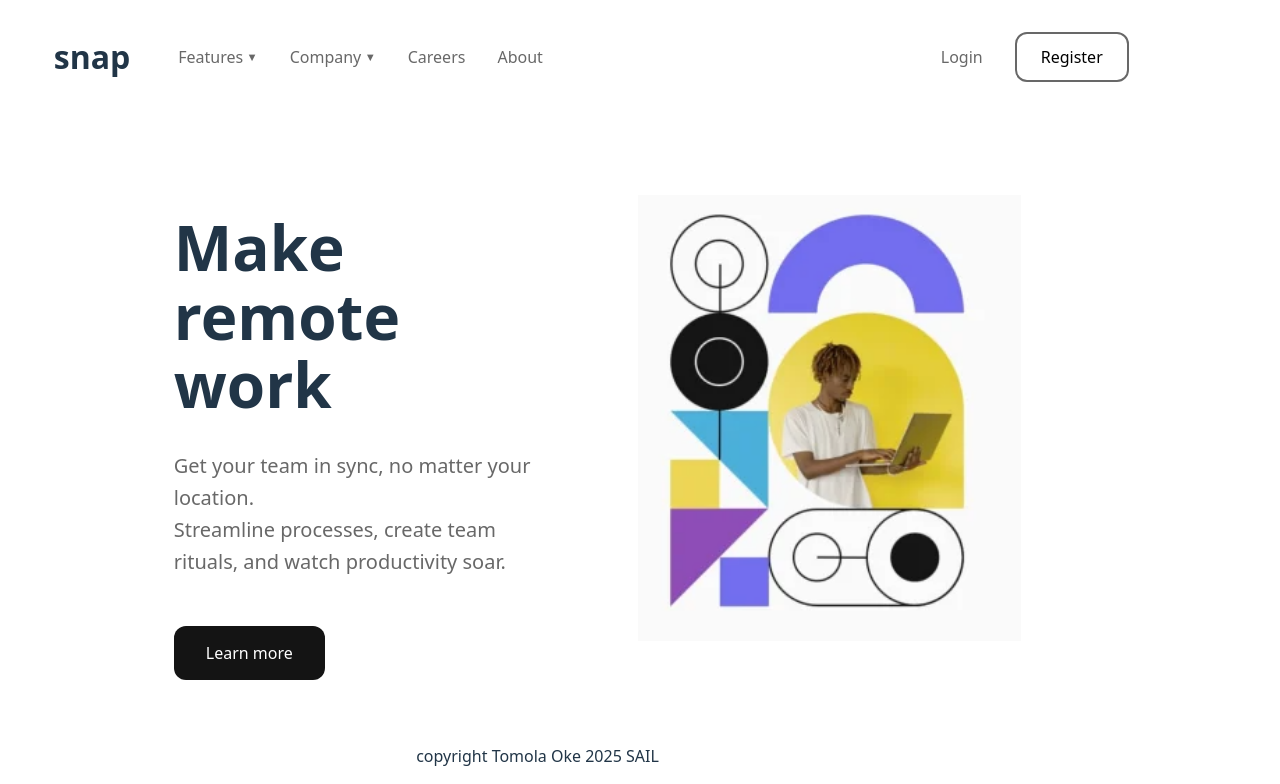
Repository: tomolaoke/SNAP
Page: /
An editor plug-in stored every save of this project. The page is shown before and after the next save, followed by the edit.
The browser window is 1280 px wide. The pictures show the whole page.
The project was rebuilt for these pictures with package versions that can differ from the ones it lists, and the page was loaded fresh each time. Also part of the build but not shown: vite.config.js, src/components/footer/Footer.css.

Above is the page before, as saved 2025-06-21 22:02:46.

### src/App.jsx
import './App.css';
import Header from './components/header/Header';
import Hero from './components/hero/Hero';
import Footer from './components/footer/Footer';

const App = () => {
  return (
    <div className="app">
      <Header />
      <Hero />
      <Footer />
    </div>
  );
};

export default App;

### src/App.css
.app {
  min-height: 100vh;
  display: flex;
  flex-direction: column;
  align-items: center; /* Center all children horizontally */
  justify-content: center; /* Center all children vertically */
}

/* Add any global styles here */

### src/components/header/Header.jsx
import './Header.css';
import HeaderNav1 from '../../block/headerblock/HeaderNav1';
import HeaderNav2 from '../../block/headerblock/HeaderNav2';

const Header = () => {
  return (
    <header className="header">
      <HeaderNav1 />
      <HeaderNav2 />
    </header>
  );
};

export default Header;

### src/components/hero/Hero.jsx
import './Hero.css';
import HeroText from '../../block/heroblock/HeroText';
import HeroImage from '../../block/heroblock/HeroImage';

const Hero = () => {
  return (
    <section className="hero">
      <HeroText />
      <HeroImage />
    </section>
  );
};

export default Hero;

### src/components/footer/Footer.jsx
import './Footer.css';

const Footer = () => {
  return (
    <footer className="footer">
      <p>copyright Tomola Oke 2025 SAIL</p>
    </footer>
  );
};

export default Footer;

### src/components/header/Header.css
.header {
  display: flex;
  justify-content: space-between;
  align-items: center;
  padding: 2rem 5%;
  max-width: 1440px;
  margin: 0 auto;
  width: 100%;
}

### src/block/headerblock/HeaderNav1.jsx
import './HeaderNav.css';

const HeaderNav1 = () => {
  return (
    <div className="header-nav-1">
      <div className="logo">snap</div>
      <nav className="nav-links">
        <a href="#">Features <span className="dropdown-icon">▼</span></a>
        <a href="#">Company <span className="dropdown-icon">▼</span></a>
        <a href="#">Careers</a>
        <a href="#">About</a>
      </nav>
    </div>
  );
};

export default HeaderNav1;

### src/block/headerblock/HeaderNav2.jsx
import './HeaderNav.css';

const HeaderNav2 = () => {
  return (
    <div className="header-nav-2">
      <a href="#" className="login-btn">Login</a>
      <button className="register-btn">Register</button>
    </div>
  );
};

export default HeaderNav2;

### src/components/hero/Hero.css
.hero {
  margin-left: 120px;
}

### src/block/heroblock/HeroText.jsx
import './HeroBlock.css';

const HeroText = () => {
  return (
    <div className="hero-text">
      <h1>Make remote work</h1>
      <p>
        Get your team in sync, no matter your location.<br />
        Streamline processes, create team rituals, and watch productivity soar.
      </p>
      <button className="cta-button">Learn more</button>
    </div>
  );
};

export default HeroText; // Fixed export

### src/block/heroblock/HeroImage.jsx
import './HeroBlock.css';
import heroImage from '../../../src/assets/SNAP.png';

const HeroImage = () => {
  return (
    <div className="hero-image">
      <img src={heroImage} alt="Team collaborating remotely" />
    </div>
  );
};

export default HeroImage; // Fixed export

### src/block/headerblock/HeaderNav.css
.header-nav-1 {
  display: flex;
  align-items: center;
  gap: 3rem;
}

.logo {
  font-size: 2rem;
  font-weight: 700;
}

.nav-links {
  display: flex;
  gap: 2rem;
}

.nav-links a {
  text-decoration: none;
  color: #686868;
  font-weight: 500;
  display: flex;
  align-items: center;
}

.dropdown-icon {
  font-size: 0.7em;
  margin-left: 0.3em;
}

.header-nav-2 {
  display: flex;
  align-items: center;
  gap: 2rem;
}

.login-btn {
  text-decoration: none;
  color: #686868;
  font-weight: 500;
}

.register-btn {
  padding: 0.75rem 1.5rem;
  border: 2px solid #686868;
  background: transparent;
  border-radius: 12px;
  font-weight: 500;
  cursor: pointer;
}

### src/block/heroblock/HeroBlock.css
.hero {
  display: flex;
  align-items: center;
  gap: 5rem;
  padding: 3rem 5%;
}

.hero-text {
  flex: 1;
  max-width: 600px;
}

.hero-text h1 {
  font-size:62px;
  line-height: 1.1;
  margin-bottom: 2rem;
}

.hero-text p {
  font-size: 20px;
  line-height: 1.6;
  color: #686868;
  margin-bottom: 3rem;
}

.cta-button {
  padding: 1rem 2rem;
  background-color: #141414;
  color: white;
  border: none;
  border-radius: 12px;
  font-size: 1rem;
  font-weight: 500;
  cursor: pointer;
}

.hero-image {
  flex: 1;
}

.hero-image img {
  width: 100%;
  max-width: 600px;
  height: auto;
}

Loaded but not shown: index.html (common file); src/main.jsx (common file); src/index.css (common file); src/components/footer/Footer.css (no copy from this time; the picture is the same without it)

After the next save:
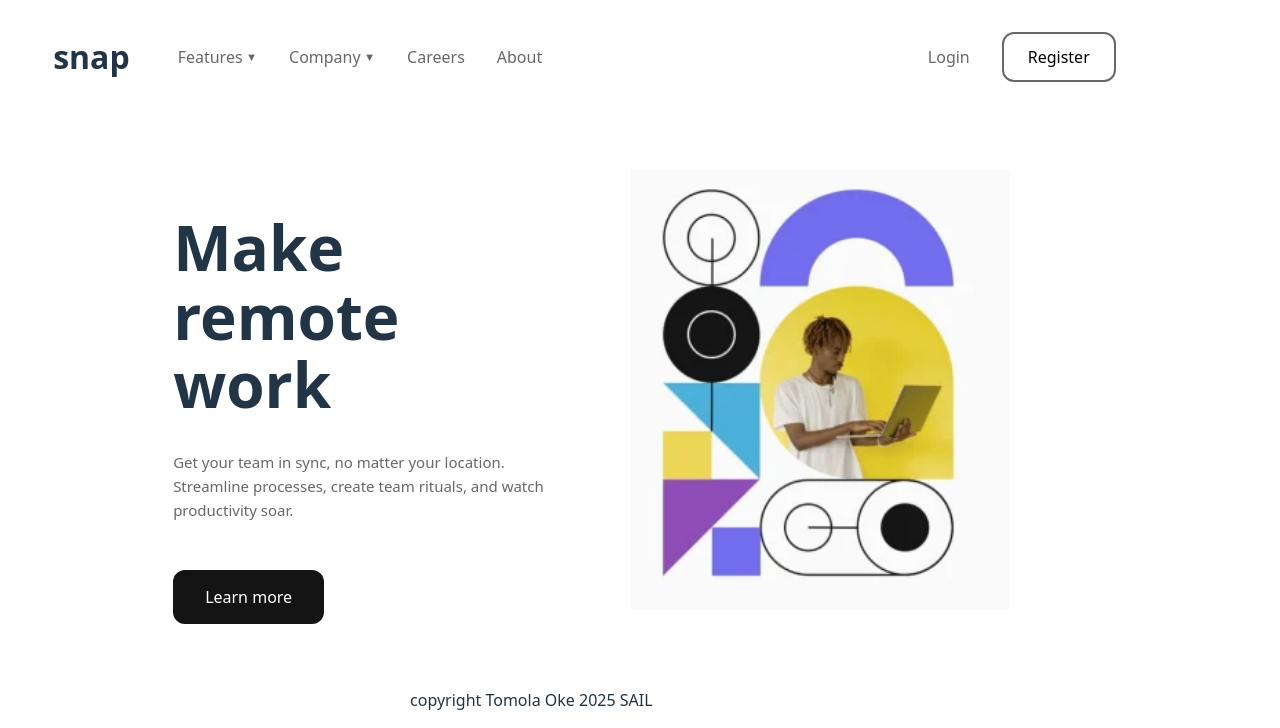
Saved 11 s later.
--- a/src/block/heroblock/HeroBlock.css
+++ b/src/block/heroblock/HeroBlock.css
@@ -17,7 +17,7 @@
 }
 
 .hero-text p {
-  font-size: 20px;
+  font-size: 15px;
   line-height: 1.6;
   color: #686868;
   margin-bottom: 3rem;
